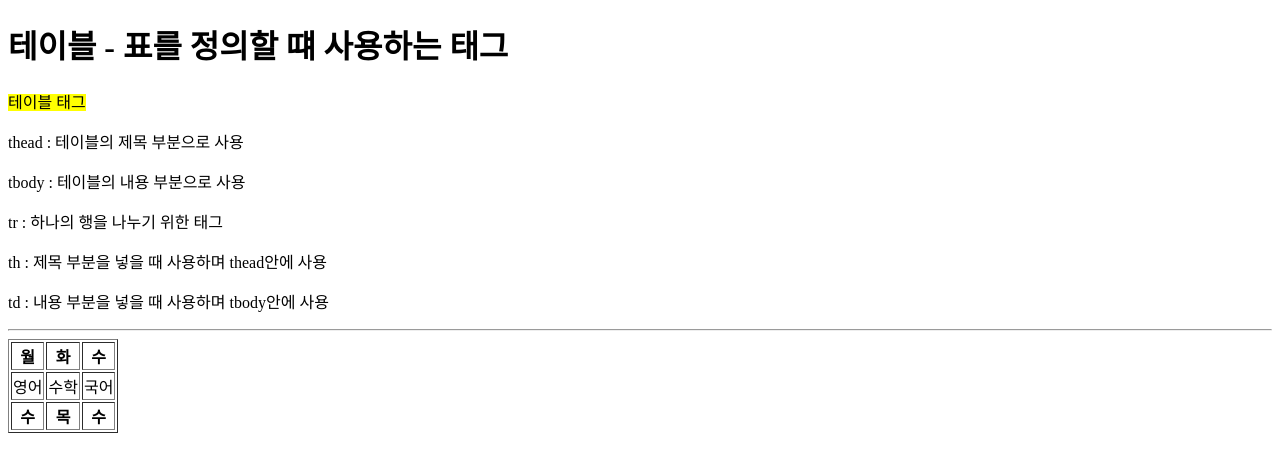
Repository: cleangggg/front
Page: html/ex04.html
These files come from the project's save history. The page is drawn as it stood at one moment and after the next save; the edit follows.
The browser window is 1280 px wide. The pictures show the whole page.

Above is the page before, as saved 2023-05-22 04:17:01.

### html/ex04.html
<!DOCTYPE html>
<html>
<head>
<meta charset="UTF-8">
<title>Insert title here</title>
</head>
<body>

	<h1>테이블 - 표를 정의할 떄 사용하는 태그</h1>
	<mark>테이블 태그</mark>
	<br>
	<p>thead : 테이블의 제목 부분으로 사용</p>
	<p>tbody : 테이블의 내용 부분으로 사용</p>
	<p>tr : 하나의 행을 나누기 위한 태그</p>
	<p>th : 제목 부분을 넣을 때 사용하며 thead안에 사용</p>
	<p>td : 내용 부분을 넣을 때 사용하며 tbody안에 사용</p>
	<hr>
	<table border="1">
		<tr>
			<th>월</th> <th>화</th> <th>수</th>
		</tr>
		<tr>
			<td>영어</td> <td>수학</td> <td>국어</td>
		</tr>
		<tr>
			<th>수</th> <th>목</th> <th>수</th>
		</tr>

	</table>


</body>
</html>

After the next save:
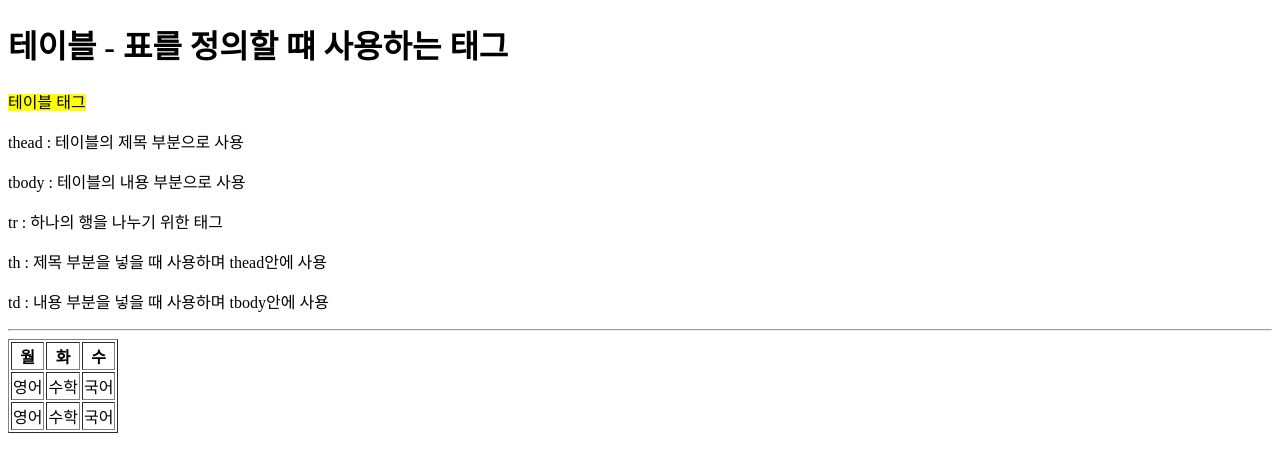
Saved 27 s later.
--- a/html/ex04.html
+++ b/html/ex04.html
@@ -23,7 +23,7 @@
 			<td>영어</td> <td>수학</td> <td>국어</td>
 		</tr>
 		<tr>
-			<th>수</th> <th>목</th> <th>수</th>
+			<td>영어</td> <td>수학</td> <td>국어</td>
 		</tr>
 
 	</table>
